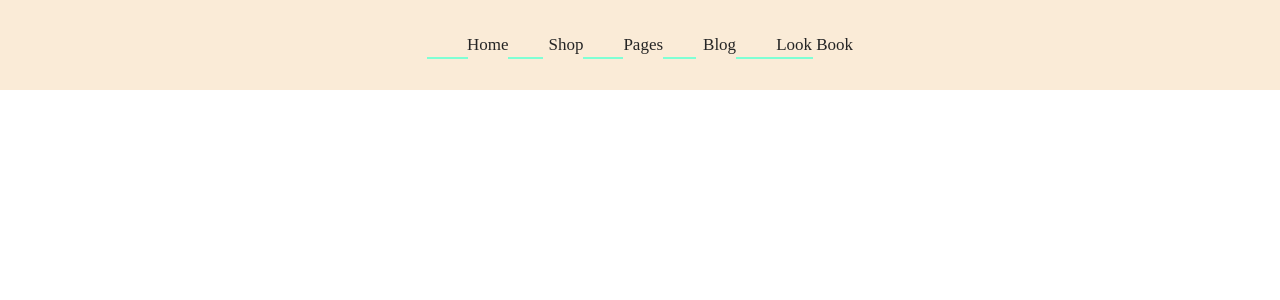
Repository: MorgunovaAlexandra/beauti
Page: index.html
These files come from the project's save history. The page is drawn as it stood at one moment and after a run of saves; the edit follows.
The browser window is 1280 px wide. The pictures show the whole page.

Above is the page before, as saved 2022-08-24 12:30:14.

### index.html
<!DOCTYPE html>
<html lang="en">
<head>
    <meta charset="UTF-8">
    <meta http-equiv="X-UA-Compatible" content="IE=edge">
    <meta name="viewport" content="width=device-width, initial-scale=1.0">
    <link rel="stylesheet" href="./style.css">
    <title>Document</title>
</head>
<body>
    <div class="wrapper">
        <header class="header">
            <div class="header-container _container">
            <nav class="dws-menu">
                <ul class="menu-list">
                    <li><a href="#"><i class="fa fa-"></i>Home</a></li>
                    <li><a href="#"><i class="fa fa-"></i>Shop</a></li>
                    <li><a href="#"><i class="fa fa-"></i>Pages</a></li>
                    <li><a href="#"><i class="fa fa-"></i>Blog</a></li>
                    <li><a href="#"><i class="fa fa-"></i>Look Book</a></li>
                </ul>

            </nav>
            </div>
        </header>
    </div>
</body>
</html>

### style.css
* {
	margin: 0;
	padding: 0;
	border: 0;
	box-sizing: border-box;
}
:before,:after{
	padding: 0;
	margin: 0;
	border: 0;
	box-sizing: border-box;
}
html,body{
	height: 100%;
    font-family: 'SofiaProRegular';
	font-size: 18px;
	font-weight: 400;
}

.wrapper{
	width: 100%;
	overflow: hidden;

}
._container{
	max-width: 1170px;
	margin: 0px auto;
	padding: 0px 10px;
}
._container{
	max-width: 1170px;
	margin: 0px auto;
	padding: 0px 10px;
}
/*--------------------------*/
.header {
	font-family: 'TTCommons-Medium';
	position: absolute;/*---------изменено-----------------*/
	width: 100%;
	top: 0;
	left: 0;
	z-index: 50;
	font-size: 17px;
    height: 90px;
    background-color: antiquewhite;

}
.menu-list{
    display: flex;
    justify-content: center;
    align-items: center;
    height: 90px;

}

a{
   position: relative;
    text-decoration: none;
    color:rgb(37, 37, 37);
    margin-left: 40px;
}
a::after{
    position: absolute;
    bottom: -5px;
    content: "";
    display: block;
    height: 2px;
    width: 100%;

    background-color: aquamarine;
}
li{
    list-style: none;
    position: relative;
}

After the next 4 saves:
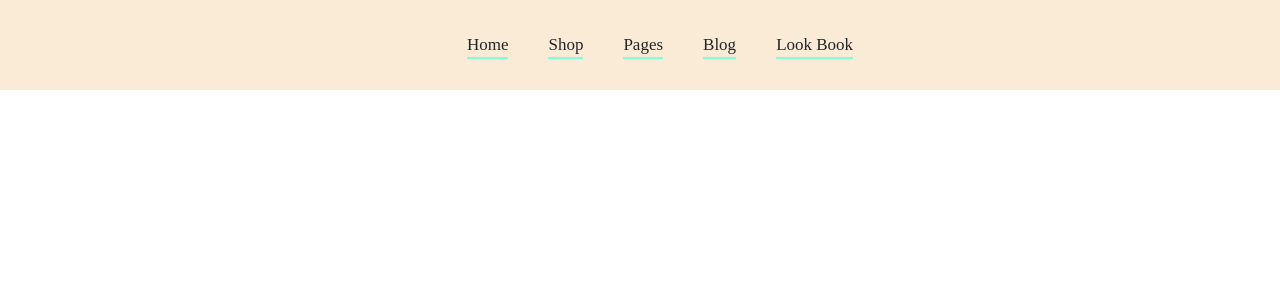
The 4 saves are shown as one change because they came seconds apart.
The last was saved 22 s later.
--- a/style.css
+++ b/style.css
@@ -66,7 +66,7 @@ a::after{
     display: block;
     height: 2px;
     width: 100%;
-
+    right: 0;
     background-color: aquamarine;
 }
 li{
